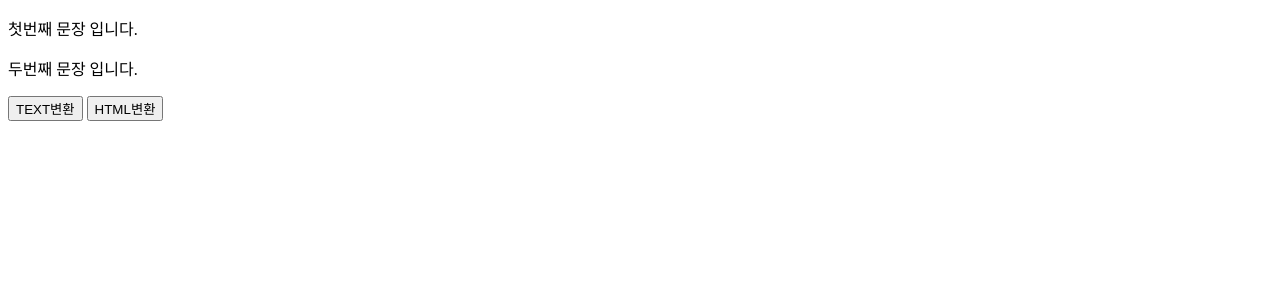
Repository: dhfkdlxm/Lecture-Web
Page: Lecture-Web/WebContent/jquery/exam13.html
The author's editor kept a copy of each file at every save. The page is drawn from the files as they stood at one save, then again after a run of saves.
The browser window is 1280 px wide. The pictures show the whole page.

Above is the page before, as saved 2021-06-17 05:52:17.

After the next 3 saves:
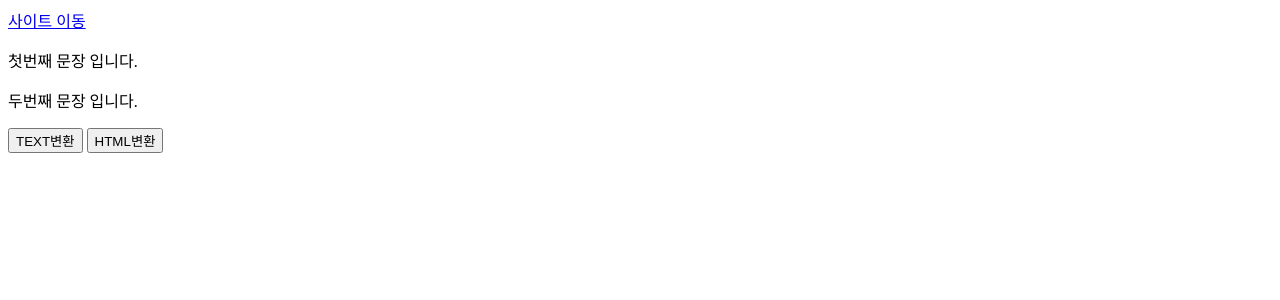
The 3 saves are shown as one change because they came seconds apart.
The last was saved 7 s later.
--- a/Lecture-Web/WebContent/jquery/exam13.html
+++ b/Lecture-Web/WebContent/jquery/exam13.html
@@ -8,18 +8,18 @@
 	$(document).ready(function() {
 		//Text변환이라는  button을 누르면  p태그의 내용을 수정
 
-		$('#btn01').click(function () {
+		$('#btn01').click(function() {
 			/*
 			let pTags = document.getElementsByTagName("p")
 				for (let i = 0; i < pTags.length; i++) {
 					pTags[i].innerText = '문장이 변환 되었습니다!'
 				}
-			*/
+			 */
 			alert($('p').text())
 			$('p').text('<mark>문장이 변환되었습니다.</mark>')//text()는 <mark>도 문자로 인식
 		})
 
-		$('#btn02').click(function () {
+		$('#btn02').click(function() {
 			$('p').html('<mark>문장이 변환되었습니다.</mark>')
 		})
 
@@ -27,8 +27,7 @@
 </script>
 </head>
 <body>
-
-	<a href="http://www.daum.net"></a>
+	<a href="http://www.daum.net">사이트 이동</a>
 	<p>첫번째 문장 입니다.</p>
 	<p>두번째 문장 입니다.</p>
 	<button id="btn01">TEXT변환</button>
